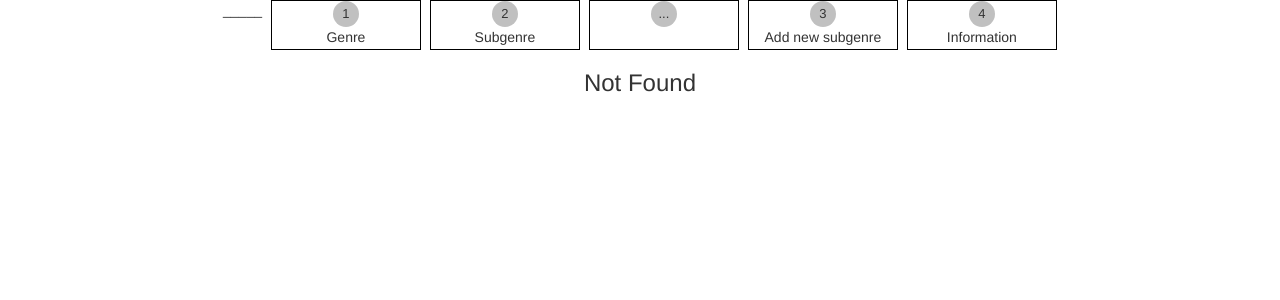
Repository: GregorPiev/angularjs-add-book
Page: index.html
An editor plug-in stored every save of this project. The page is shown before and after the next save, followed by the edit.
The browser window is 1280 px wide. The pictures show the whole page.

Above is the page before, as saved 2020-09-23 21:44:03.

### index.html
<!DOCTYPE html>
<html lang="en" ng-app="addBook">
	<head>
		<meta charset="UTF-8" />
		<meta name="viewport" content="width=device-width, initial-scale=1.0" />
		<title>Add Book - Test AngularJS</title>
		<base href="/" />
		<link
			rel="stylesheet"
			href="node_modules/bootstrap/dist/css/bootstrap.min.css"
			type="text/css"
		/>
		<link rel="stylesheet" href="app/style/style.css" />
	</head>
	<body>
		<div class="container-fluid">
			<div class="row">
				<div
					class="col-md-10 col-md-offset-1 col-sm-10 col-sm-offset-1 col-lg-10 col-lg-offset-1"
				>
					<main></main>
				</div>
			</div>
		</div>
		<script src="node_modules/angular/angular.min.js"></script>
		<script src="node_modules/angular-route/angular-route.min.js"></script>
		<script src="node_modules/angular-resource/angular-resource.min.js"></script>

		<script src="app/app.module.js"></script>
		<script src="app/app.config.js"></script>

		<script src="app/main/main.module.js"></script>
		<script src="app/main/main.component.js"></script>
		<script src="app/main/component/main.controller.js"></script>

		<script src="app/genre/genre.module.js"></script>
		<script src="app/genre/genre.component.js"></script>
		<script src="app/genre/component/genre.controller.js"></script>

		<script src="app/subgenre/subgenre.module.js"></script>
		<script src="app/subgenre/subgenre.component.js"></script>
		<script src="app/subgenre/component/subgenre.controller.js"></script>

		<script src="app/add-subgenre/add-subgenre.module.js"></script>
		<script src="app/add-subgenre/add-subgenre.component.js"></script>
		<script src="app/add-subgenre/component/add-subgenre.controller.js"></script>

		<script src="app/add-book/add-book.module.js"></script>
		<script src="app/add-book/add-book.component.js"></script>
		<script src="app/add-book/component/add-book.controller.js"></script>

		<script src="app/success/success.module.js"></script>
		<script src="app/success/success.component.js"></script>
		<script src="app/success/component/success.controller.js"></script>

		<script src="app/service/service.module.js"></script>
		<script src="app/service/service.service.js"></script>
	</body>
</html>

### app/style/style.css
.list-group {
  display: flex;
  align-items: stretch;
  flex-wrap: wrap;
  justify-content: space-between;
  align-content: space-between;
}

button.list-group-item {
  display: inline-block;
  box-sizing: border-box;
  width: 150px;
  border-radius: 5px;
  text-align: center;
  margin-top: 15px;
}
button.list-group-item.choosed {
  background-color: black;
  color: white;
}
.button-row {
  width: 100%;
  box-sizing: border-box;
  margin: 5px 10px 5px 0;
  text-align: right;
}
input[type='checkbox'] {
  width: 34px;
  margin-right: 0;
  padding-right: 0;
  display: inline-block;
}
label.check {
  width: 100%;
  display: inline;
}
.success {
  width: 360px;
  height: 360px;
  line-height: 90px;
  text-align: center;
  margin: 30px auto;
}
.success-title {
  font-size: 24px;
  margin-bottom: 30px;
}
.block-step {
  display: flex;
  align-items: stretch;
  flex-wrap: wrap;
  justify-content: space-between;
  align-content: space-between;
}
.step {
  width: 150px;
  height: 50px;
  text-align: center;
  border: solid 1px black;
  z-index: 10;
}
.step-number {
  width: 26px;
  height: 26px;
  border-radius: 13px;
  text-align: center;
  font-size: 13px;
  background-color: silver;
  margin: auto auto;
  line-height: 26px;
}

### app/app.module.js
'use strict'
angular.module('addBook', [
    'ngRoute',
    'ngResource',

    'main',
    'genre',
    'subgenre',
    'addSubgenre',
    'addBookItem',
    'success'
]);

### app/app.config.js
'use strict'
angular.module('addBook')
    .config(function (
        $locationProvider,
        $routeProvider
    ) {
        console.info("Config");
        $locationProvider.html5Mode({ enabled: true });
        $routeProvider
            .when('/', {
                template: "<genre></genre>"
            })
            .when('/subgenre/:id', {
                template: '<subgenre></subgenre>'
            })
            .when('/add-subgenre/:id', {
                template: '<add-subgenre></add-subgenre>'
            })
            .when('/add-book/:id/:idb', {
                template: '<add-book-item></add-book-item>'
            })
            .when('/success', {
                template: '<success></success>'
            })
            .otherwise({
                template: '<h3>Not Found</h3>'
            })
    });

### app/main/main.module.js
'use strict'
angular.module('main', []);

### app/main/main.component.js
angular.module('main')
    .component('main', {
        templateUrl: '/app/main/component/main.template.html',
        controller: 'mainController',
        controllerAs: 'Main'
    })

### app/main/component/main.controller.js
'use strict'
angular.module('main')
    .controller('mainController', function ($scope) {
        $scope.title = 'Main Framework'
    })

### app/genre/genre.module.js
'use strict'
angular.module('genre', ['service']);

### app/genre/genre.component.js
angular.module('genre')
    .component('genre', {
        templateUrl: '/app/genre/component/genre.template.html',
        controller: 'genreController',
        controllerAs: 'Genre'
    })

### app/genre/component/genre.controller.js
angular.module('genre')
    .controller('genreController', function ($scope, Service, $location) {
        $scope.genreList = [];
        $scope.choosedId = 0;
        console.log('genreController');

        Service.get(function (data) {
            angular.forEach(data['genres'], function (item, index) {
                // console.log('item:', item)
                var genreItem = {
                    id: item.id,
                    name: item.name
                }
                // console.log('genreItem:', genreItem)
                $scope.genreList.push(genreItem);
            })
        });

        $scope.chooseGenre = function (id) {
            $scope.choosedId = id;
        }
        $scope.moveFroward = function () {
            $location.path(`/subgenre/${$scope.choosedId}`);
        }
    })

### app/subgenre/subgenre.module.js
'use strict'
angular.module('subgenre', []);

### app/subgenre/subgenre.component.js
angular.module('subgenre')
    .component('subgenre', {
        templateUrl: '/app/subgenre/component/subgenre.template.html',
        controller: 'subgenreController'
    })

### app/subgenre/component/subgenre.controller.js
'use strict'
angular.module('subgenre')
    .controller('subgenreController', function ($scope, $routeParams, Service, $location) {
        console.log('subgenreController')
        var id = $routeParams.id;
        $scope.title = `SubGenre ${id}`;


        $scope.genreList = [];
        $scope.choosedId = 0;
        console.log('genreController');

        Service.get(function (data) {
            var choosedItem = data['genres'].filter(function (item) {
                return item.id === +id;
            });

            //$scope.genreList[...choosedItem];

            angular.forEach(choosedItem[0]['subgenres'], function (item, index) {
                var genreItem = {
                    id: item.id,
                    name: item.name
                }
                $scope.genreList.push(genreItem);
            })
        });

        $scope.chooseGenre = function (id) {
            $scope.choosedId = id;
        }
        $scope.moveFroward = function () {
            if (+$scope.choosedId === -1) {
                $location.path(`/add-subgenre/${id}`);
            } else {
                $location.path('/');
            }

        }
        $scope.moveBack = function () {
            $location.path('/');
        }
    })

### app/add-subgenre/add-subgenre.module.js
'use strict'
angular.module('addSubgenre', []);

### app/add-subgenre/add-subgenre.component.js
'use strict'
angular.module('addSubgenre')
    .component('addSubgenre', {
        templateUrl: '/app/add-subgenre/component/add-subgenre.template.html',
        controller: 'addSubgenreController'
    })

### app/add-subgenre/component/add-subgenre.controller.js
'use strict'
angular.module('addSubgenre')
    .controller('addSubgenreController', function ($scope, $routeParams, $location, Service) {
        console.log('addSubgenreController')
        var id = $routeParams.id;

        $scope.name = '';
        $scope.isDescriptionRequired = false;


        $scope.sendVal = function () {
            console.log('Name:', $scope.name)
            console.log('isDescriptionRequired:', $scope.isDescriptionRequired);
            $scope.entry = Service.query({ id: id }, function () {
                // $scope.entry is fetched from server and is an instance of Entry
                $scope.entry.data = {
                    name: $scope.name,
                    isDescriptionRequired: $scope.isDescriptionRequired
                };
                $scope.entry.$update(function () {
                    //updated in the backend
                });
                $location.path(`/add-book/${id}/1`);
            });

        }
        $scope.moveBack = function () {
            $location.path(`/subgenre/${id}`);
        }
    });

### app/add-book/add-book.module.js
'use strict'
angular.module('addBookItem', []);

### app/add-book/add-book.component.js
'use strict'
angular.module('addBookItem')
    .component('addBookItem', {
        templateUrl: '/app/add-book/component/add-book.template.html',
        controller: 'addBookItemController'
    });

### app/add-book/component/add-book.controller.js
'use strict'
angular.module('addBookItem')
    .controller('addBookItemController', function ($scope, $routeParams, $location, Service) {
        console.log('addBookItemController')
        var id = $routeParams.id;
        var idb = $routeParams.idb;

        $scope.title = '';
        $scope.author = '';
        $scope.isbn = '';
        $scope.publisher = '';
        $scope.date = '';
        $scope.pages = '';
        $scope.format = '';
        $scope.edition = '';
        $scope.language = '';
        $scope.description = '';

        $scope.sendVal = function () {
            console.log('Name:', $scope.name)
            console.log('isDescriptionRequired:', $scope.isDescriptionRequired);
            $scope.entry = Service.query({ id: id }, function () {
                // $scope.entry is fetched from server and is an instance of Entry
                $scope.entry.data = {
                    title: $scope.title,
                    author: $scope.author,
                    isbn: $scope.isbn,
                    publisher: $scope.publisher,
                    date: $scope.date,
                    pages: $scope.pages,
                    format: $scope.format,
                    edition: $scope.edition,
                    language: $scope.language,
                    description: $scope.description
                };
                $scope.entry.$update(function () {
                    //updated in the backend
                });
                $location.path(`/success`);
            });

        }

        $scope.moveBack = function () {
            $location.path(`/add-subgenre/${id}`);
        }
    });

### app/success/success.module.js
angular.module('success', []);

### app/success/success.component.js
'use strict'
angular.module('success')
    .component('success', {
        templateUrl: '/app/success/component/success.template.html',
        controller: 'successController'
    })

### app/success/component/success.controller.js
angular.module('success')
    .controller('successController', function ($scope, $location) {
        console.log('successController');
        $scope.title = 'Book added successfully';

        $scope.next = function () {
            $location.path('/');
        }

    })

### app/service/service.module.js
'use strict'
angular.module('service', []);

### app/service/service.service.js
'use strict'
angular.module('service')
    .factory('Service', function ($resource) {
        console.log('Service')
        var url = '/data/data.json';

        return $resource(url, {
            id: '@_id'
        }, {
            query: {
                method: "GET",
                params: { id: '@_id' },
                isArray: false,
                cache: false
            },
            get: {
                method: "GET",
                isArray: false,
                cache: false
            },
            update: {
                method: "PUT"
            }
        })


    })

### app/main/component/main.template.html
<div class="container-fluid">
	<div class="row">
		<div class="col-md-10 col-md-offset-1 text-center block-step">
			<div class="line">_____</div>
			<div class="step">
				<div class="step-number">1</div>
				Genre
			</div>
			<div class="step">
				<div class="step-number">2</div>
				Subgenre
			</div>

			<div class="step">
				<div class="step-number">...</div>
			</div>

			<div class="step">
				<div class="step-number">3</div>
				Add new subgenre
			</div>

			<div class="step">
				<div class="step-number">4</div>
				Information
			</div>
		</div>

		<div class="col-md-10 col-md-offset-1 text-center">
			<div ng-view></div>
		</div>
	</div>
</div>

Loaded but not shown: node_modules/bootstrap/dist/css/bootstrap.min.css (library); node_modules/angular/angular.min.js (library); node_modules/angular-route/angular-route.min.js (library); node_modules/angular-resource/angular-resource.min.js (library)

After the next save:
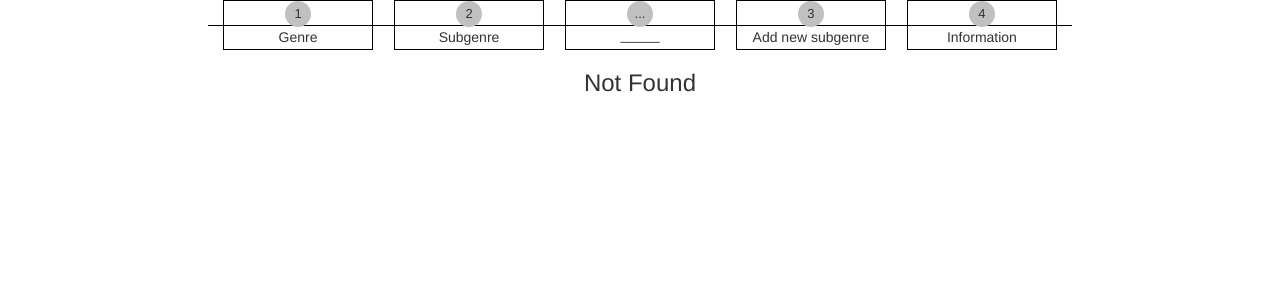
Saved 90 s later.
--- a/app/style/style.css
+++ b/app/style/style.css
@@ -69,3 +69,11 @@ label.check {
   margin: auto auto;
   line-height: 26px;
 }
+.line {
+  position: absolute;
+  width: 100%;
+  height: 1px;
+  background-color: black;
+  left: 0;
+  top: 25px;
+}
